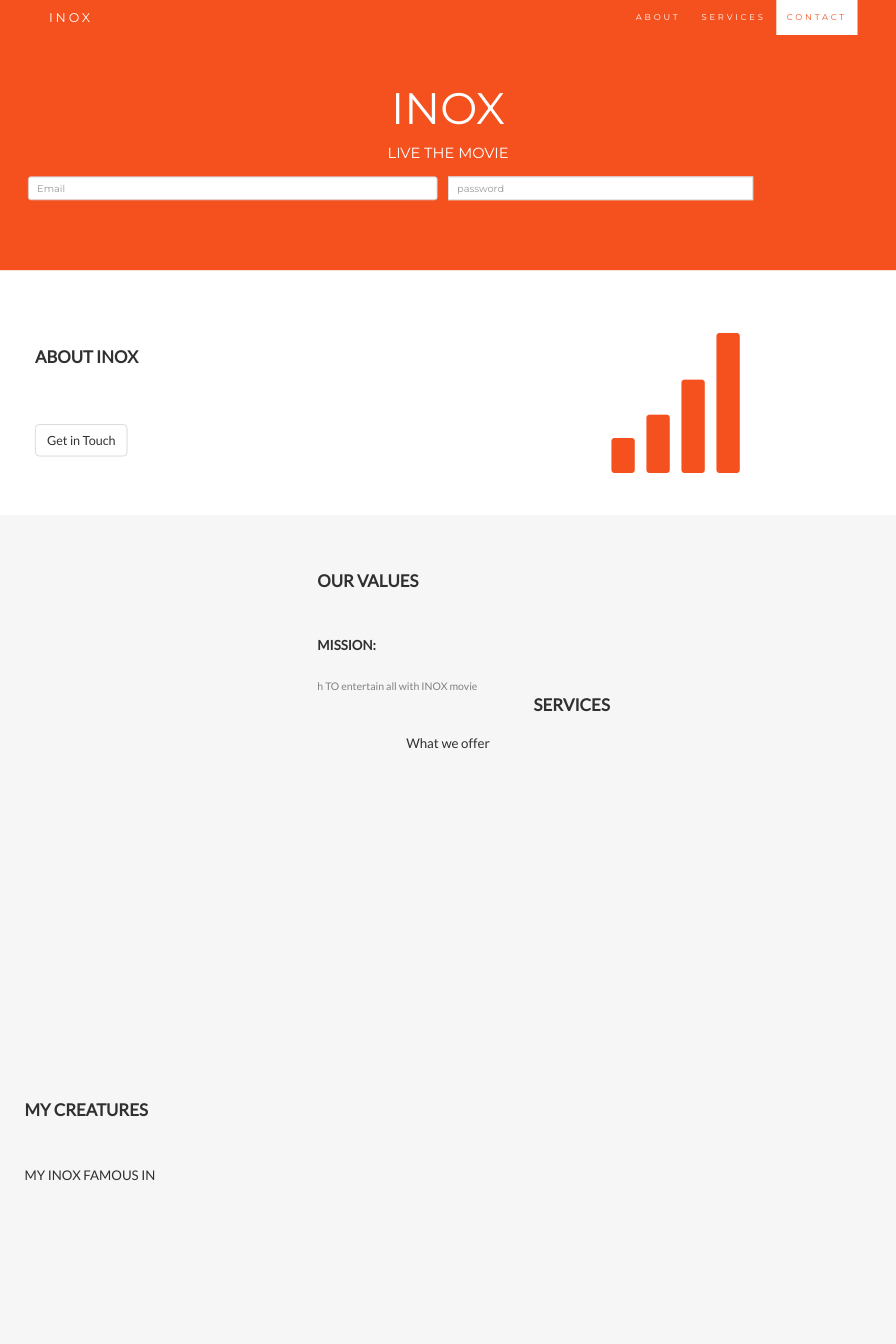
Repository: Ravi9696/-My-First-Ecommerce-project-
Page: http://localhost/BIKES/home
The author's editor kept a copy of each file at every save. The page is drawn from the files as they stood at one save, then again after the next save.
The browser window is 1280 px wide. The pictures show the part of the page from y = 0 to 1920 px (the page is 2823 px tall before and 2796 px after), at 70% of full size.
Some web libraries are served in a nearby version. The page is served by Tomcat 9.

Above is the page before, as saved 2017-07-06 11:05:08.

### DT/PROJECT_BIKES/BIKES/src/main/webapp/WEB-INF/dispatcher-servlet.xml
<?xml version="1.0" encoding="UTF-8"?>
<beans xmlns="http://www.springframework.org/schema/beans"
	xmlns:xsi="http://www.w3.org/2001/XMLSchema-instance"
	 xmlns:context="http://www.springframework.org/schema/context"
	xmlns:mvc="http://www.springframework.org/schema/mvc"
	xmlns:tx="http://www.springframework.org/schema/tx"
	xsi:schemaLocation="http://www.springframework.org/schema/beans
       http://www.springframework.org/schema/beans/spring-beans.xsd
       http://www.springframework.org/schema/mvc
       http://www.springframework.org/schema/mvc/spring-mvc.xsd
       http://www.springframework.org/schema/context
       http://www.springframework.org/schema/context/spring-context.xsd">


<mvc:annotation-driven></mvc:annotation-driven>
<context:component-scan base-package="com.niit"></context:component-scan>
<bean id="viewResolver" class="org.springframework.web.servlet.view.InternalResourceViewResolver">
<property name="prefix" value="/WEB-INF/views/"></property>
<property name="suffix" value=".jsp"></property>
</bean>
<mvc:resources location="/WEB-INF/resources/" mapping="/resources/**"></mvc:resources>

</beans>

### DT/PROJECT_BIKES/BIKES/src/main/webapp/WEB-INF/views/home.jsp
<%@ page language="java" contentType="text/html; charset=ISO-8859-1"
    pageEncoding="ISO-8859-1"%>
<!DOCTYPE html PUBLIC "-//W3C//DTD HTML 4.01 Transitional//EN" "http://www.w3.org/TR/html4/loose.dtd">
<html>
<head>
<meta http-equiv="Content-Type" content="text/html; charset=ISO-8859-1">
<title>Insert title here</title>




  <meta charset="utf-8">
  <meta name="viewport" content="width=device-width, initial-scale=1">
  <link rel="stylesheet" href="https://maxcdn.bootstrapcdn.com/bootstrap/3.3.7/css/bootstrap.min.css">
  <link href="https://fonts.googleapis.com/css?family=Montserrat" rel="stylesheet" type="text/css">
  <link href="https://fonts.googleapis.com/css?family=Lato" rel="stylesheet" type="text/css">
  <script src="https://ajax.googleapis.com/ajax/libs/jquery/3.2.1/jquery.min.js"></script>
  <script src="https://maxcdn.bootstrapcdn.com/bootstrap/3.3.7/js/bootstrap.min.js"></script>
  <style>
  body {
      font: 400 15px Lato, sans-serif;
      line-height: 1.8;
      color: #818181;
  }
  h2 {
      font-size: 24px;
      text-transform: uppercase;
      color: #303030;
      font-weight: 600;
      margin-bottom: 30px;
  }
  h4 {
      font-size: 19px;
      line-height: 1.375em;
      color: #303030;
      font-weight: 400;
      margin-bottom: 30px;
  }
  .jumbotron {
      background-color: #f4511e;
      color: #fff;
      padding: 100px 25px;
      font-family: Montserrat, sans-serif;
  }
  .container-fluid {
      padding: 60px 50px;
  }
  .bg-grey {
      background-color: #f6f6f6;
  }
  .logo-small {
      color: #f4511e;
      font-size: 50px;
  }
  .logo {
      color: #f4511e;
      font-size: 200px;
  }
  .thumbnail {
      padding: 0 0 15px 0;
      border: none;
      border-radius: 0;
  }
  .thumbnail img {
      width: 100%;
      height: 100%;
      margin-bottom: 10px;
  }
  .carousel-control.right, .carousel-control.left {
      background-image: none;
      color: #f4511e;
  }
  .carousel-indicators li {
      border-color: #f4511e;
  }
  .carousel-indicators li.active {
      background-color: #f4511e;
  }
  .item h4 {
      font-size: 19px;
      line-height: 1.375em;
      font-weight: 400;
      font-style: italic;
      margin: 70px 0;
  }
  .item span {
      font-style: normal;
  }
  .panel {
      border: 1px solid #f4511e;
      border-radius:0 !important;
      transition: box-shadow 0.5s;
  }
  .panel:hover {
      box-shadow: 5px 0px 40px rgba(0,0,0, .2);
  }
  .panel-footer .btn:hover {
      border: 1px solid #f4511e;
      background-color: #fff !important;
      color: #f4511e;
  }
  .panel-heading {
      color: #fff !important;
      background-color: #f4511e !important;
      padding: 25px;
      border-bottom: 1px solid transparent;
      border-top-left-radius: 0px;
      border-top-right-radius: 0px;
      border-bottom-left-radius: 0px;
      border-bottom-right-radius: 0px;
  }
  .panel-footer {
      background-color: white !important;
  }
  .panel-footer h3 {
      font-size: 32px;
  }
  .panel-footer h4 {
      color: #aaa;
      font-size: 14px;
  }
  .panel-footer .btn {
      margin: 15px 0;
      background-color: #f4511e;
      color: #fff;
  }
  .navbar {
      margin-bottom: 0;
      background-color: #f4511e;
      z-index: 9999;
      border: 0;
      font-size: 12px !important;
      line-height: 1.42857143 !important;
      letter-spacing: 4px;
      border-radius: 0;
      font-family: Montserrat, sans-serif;
  }
  .navbar li a, .navbar .navbar-brand {
      color: #fff !important;
  }
  .navbar-nav li a:hover, .navbar-nav li.active a {
      color: #f4511e !important;
      background-color: #fff !important;
  }
  .navbar-default .navbar-toggle {
      border-color: transparent;
      color: #fff !important;
  }
  footer .glyphicon {
      font-size: 20px;
      margin-bottom: 20px;
      color: #f4511e;
  }
  .slideanim {visibility:hidden;}
  .slide {
      animation-name: slide;
      -webkit-animation-name: slide;
      animation-duration: 1s;
      -webkit-animation-duration: 1s;
      visibility: visible;
  }
  @keyframes slide {
    0% {
      opacity: 0;
      transform: translateY(70%);
    }
    100% {
      opacity: 1;
      transform: translateY(0%);
    }
  }
  @-webkit-keyframes slide {
    0% {
      opacity: 0;
      -webkit-transform: translateY(70%);
    }
    100% {
      opacity: 1;
      -webkit-transform: translateY(0%);
    }
  }
  @media screen and (max-width: 768px) {
    .col-sm-4 {
      text-align: center;
      margin: 25px 0;
    }
    .btn-lg {
        width: 100%;
        margin-bottom: 35px;
    }
  }
  @media screen and (max-width: 480px) {
    .logo {
        font-size: 150px;
    }
  }
  </style>
</head>
<body id="myPage" data-spy="scroll" data-target=".navbar" data-offset="60">

<nav class="navbar navbar-default navbar-fixed-top">
  <div class="container">
    <div class="navbar-header">
      <button type="button" class="navbar-toggle" data-toggle="collapse" data-target="#myNavbar">
        <span class="icon-bar"></span>
        <span class="icon-bar"></span>
        <span class="icon-bar"></span>
      </button>
      <a class="navbar-brand" href="#myPage">INOX</a>
    </div>
    <div class="collapse navbar-collapse" id="myNavbar">
      <ul class="nav navbar-nav navbar-right">
        <li><a href="#about">ABOUT</a></li>
        <li><a href="#services">SERVICES</a></li>

        <li><a href="#contact">CONTACT</a></li>
      </ul>
    </div>
  </div>
</nav>

<div class="jumbotron text-center">
  <h1>INOX</h1>
  <p>LIVE THE MOVIE</p>
  <form>
      <div class="col-sm-6 form-group">
          <input class="form-control" id="email" name="email" placeholder="Email" type="email" required>
        </div>
    <div class="input-group">
      <input type="password" class="form-control" size="50" placeholder="password" required>

    </div>
  </form>
</div>
<div id="about" class="container-fluid">
  <div class="row">
    <div class="col-sm-8">
      <h2>About INOX</h2><br>

      <br><button class="btn btn-default btn-lg">Get in Touch</button>
    </div>
    <div class="col-sm-4">
      <span class="glyphicon glyphicon-signal logo"></span>
    </div>
  </div>
</div>

<div class="container-fluid bg-grey">
  <div class="row">
    <div class="col-sm-4">
      <span class="glyphicon glyphicon-film logo slideanim"></span>
    </div>
    <div class="col-sm-8">
      <h2>Our Values</h2><br>
      <h4><strong>MISSION:</strong> </h4>h  TO entertain all with INOX movie   </div>


<div id="services" class="container-fluid text-center">
  <h2>SERVICES</h2>
  <h4>What we offer</h4>
  <br>
  <div class="row slideanim">
    <div class="col-sm-4">
      <span class="glyphicon glyphicon-music logo-small"></span>
      <h4>DOLBIES AUDIO</h4>
    </div>
    <div class="col-sm-4">
      <span class="glyphicon glyphicon-heart logo-small"></span>
      <h4>LOVE</h4>
      <p>here Work treat u with love and respect ur opinions</p>
    </div>
    <div class="col-sm-4">
      <span class="glyphicon glyphicon-food logo-small"></span>
      <h4>CANTEEN</h4>
      <p>all types of food items is here</p>
    </div>
  </div>
  <br><br>
  <div class="row slideanim">
    <div class="col-sm-4">
      <span class="glyphicon glyphicon-leaf logo-small"></span>
      <h4>CLEANNESS</h4>
      <p> INOX is in maitanence</p>
    </div>
    <div class="col-sm-4">
      <span class="glyphicon glyphicon-certificate logo-small"></span>
      <h4>CERTIFIED</h4>
      <p>ONE OF THE NO 1 MOVIE PLEX </p>
    </div>
    <div class="col-sm-4">
      <span class="glyphicon glyphicon-film logo-small"></span>
      <h4 style="color:#303030;">SUPERB MOVIE PLEX</h4>
      <p></p>
    </div>
  </div>
</div>



 <h2>MY CREATURES</h2><br>
  <h4>MY INOX FAMOUS IN</h4>
  <div class="row text-center slideanim">
    <div class="col-sm-4">
      <div class="thumbnail">
        <img src="inox3.jpg" alt="inox3" width="400" height="300">
        <p><strong>CHENNAI</strong></p>

      </div>
    </div>
    <div class="col-sm-4">
      <div class="thumbnail">
        <img src="inox2.jpg" alt="inox2" width="400" height="300">
        <p><strong>KURNOOL</strong></p>

      </div>
    </div>
    <div class="col-sm-4">
      <div class="thumbnail">
        <img src="inox1.jpg" alt="inox1" width="400" height="300">
        <p><strong>DELHI</strong></p>

      </div>
    </div>
 <br>

  <div id="myCarousel" class="carousel slide text-center" data-ride="carousel">
    <!-- Indicators -->
    <ol class="carousel-indicators">
      <li data-target="#myCarousel" data-slide-to="0" class="active"></li>
      <li data-target="#myCarousel" data-slide-to="1"></li>
      <li data-target="#myCarousel" data-slide-to="2"></li>
    </ol>

   <h1>about INOX</h1>
    <div class="carousel-inner" role="listbox">
      <div class="item active">
        <h4>"This INOX is the best. I am so happy to watched movie in this."</h4>
      </div>
      <div class="item">
        <h4>"One word... WOW!!"<br><</h4>
      </div>
      <div class="item">
        <h4>"wondwer full movie plex"<br></h4>
      </div>
    </div>

    <!-- Left and right controls -->
    <a class="left carousel-control" href="#myCarousel" role="button" data-slide="prev">
      <span class="glyphicon glyphicon-chevron-left" aria-hidden="true"></span>
      <span class="sr-only">Previous</span>
    </a>
    <a class="right carousel-control" href="#myCarousel" role="button" data-slide="next">
      <span class="glyphicon glyphicon-chevron-right" aria-hidden="true"></span>
      <span class="sr-only">Next</span>
    </a>
  </div>
</div>




<div id="contact" class="container-fluid bg-grey">
  <h2 class="text-center">CONTACT</h2>
  <div class="row">
    <div class="col-sm-5">
      <p>Contact us and any problem accurs.</p>
      <p><span class="glyphicon glyphicon-map-marker"></spa>Chennai</p>
      <p><span class="glyphicon glyphicon-phone"></span> 91366666955</p>
      <p><span class="glyphicon glyphicon-envelope"></span> ravi@gmail.com</p>
    </div>
    <div class="col-sm-7 slideanim">
      <div class="row">
        <div class="col-sm-6 form-group">
          <input class="form-control" id="name" name="name" placeholder="Name" type="text" required>
        </div>
        <div class="col-sm-6 form-group">
          <input class="form-control" id="email" name="email" placeholder="Email" type="email" required>
        </div>
      </div>
      <textarea class="form-control" id="comments" name="comments" placeholder="Comment" rows="5"></textarea><br>
      <div class="row">
        <div class="col-sm-12 form-group">
          <button class="btn btn-default pull-right" type="submit">Send</button>
        </div>
      </div>
    </div>
  </div>
</div>



</body>
</html>

### DT/PROJECT_BIKES/BIKES/src/main/java/com/niit/controllers/HomeController.java
package com.niit.controllers;

	import org.springframework.stereotype.Controller;
	import org.springframework.web.bind.annotation.RequestMapping;

	@Controller
	public class HomeController {
		@RequestMapping("/home")
		public String homepage(){
			return "home";

		}
	@RequestMapping("/aboutus")
	public String aboutus(){
		return "aboutus";
	}
	}

After the next save:
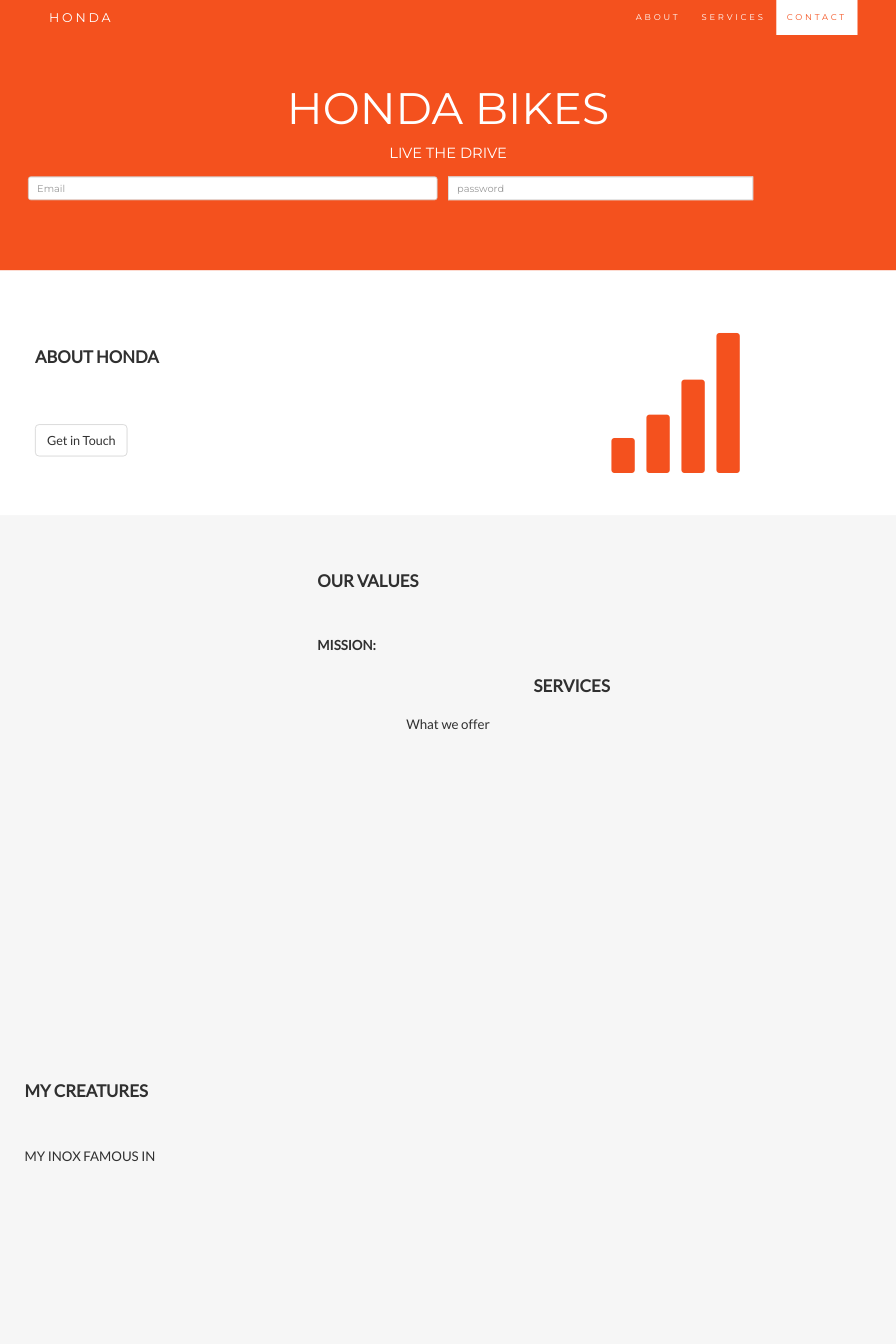
Saved 5 min 18 s later.
--- a/DT/PROJECT_BIKES/BIKES/src/main/webapp/WEB-INF/views/home.jsp
+++ b/DT/PROJECT_BIKES/BIKES/src/main/webapp/WEB-INF/views/home.jsp
@@ -4,7 +4,7 @@
 <html>
 <head>
 <meta http-equiv="Content-Type" content="text/html; charset=ISO-8859-1">
-<title>Insert title here</title>
+<title>BIKES</title>
 
 
 
@@ -206,7 +206,7 @@
         <span class="icon-bar"></span>
         <span class="icon-bar"></span>
       </button>
-      <a class="navbar-brand" href="#myPage">INOX</a>
+      <a class="navbar-brand" href="#myPage">HONDA</a>
     </div>
     <div class="collapse navbar-collapse" id="myNavbar">
       <ul class="nav navbar-nav navbar-right">
@@ -220,8 +220,8 @@
 </nav>
 
 <div class="jumbotron text-center">
-  <h1>INOX</h1>
-  <p>LIVE THE MOVIE</p>
+  <h1>HONDA BIKES</h1>
+  <p>LIVE THE DRIVE</p>
   <form>
       <div class="col-sm-6 form-group">
           <input class="form-control" id="email" name="email" placeholder="Email" type="email" required>
@@ -235,7 +235,7 @@
 <div id="about" class="container-fluid">
   <div class="row">
     <div class="col-sm-8">
-      <h2>About INOX</h2><br>
+      <h2>About HONDA</h2><br>
 
       <br><button class="btn btn-default btn-lg">Get in Touch</button>
     </div>
@@ -252,7 +252,7 @@
     </div>
     <div class="col-sm-8">
       <h2>Our Values</h2><br>
-      <h4><strong>MISSION:</strong> </h4>h  TO entertain all with INOX movie   </div>
+      <h4><strong>MISSION:</strong> </h4>  </div>
 
 
 <div id="services" class="container-fluid text-center">
